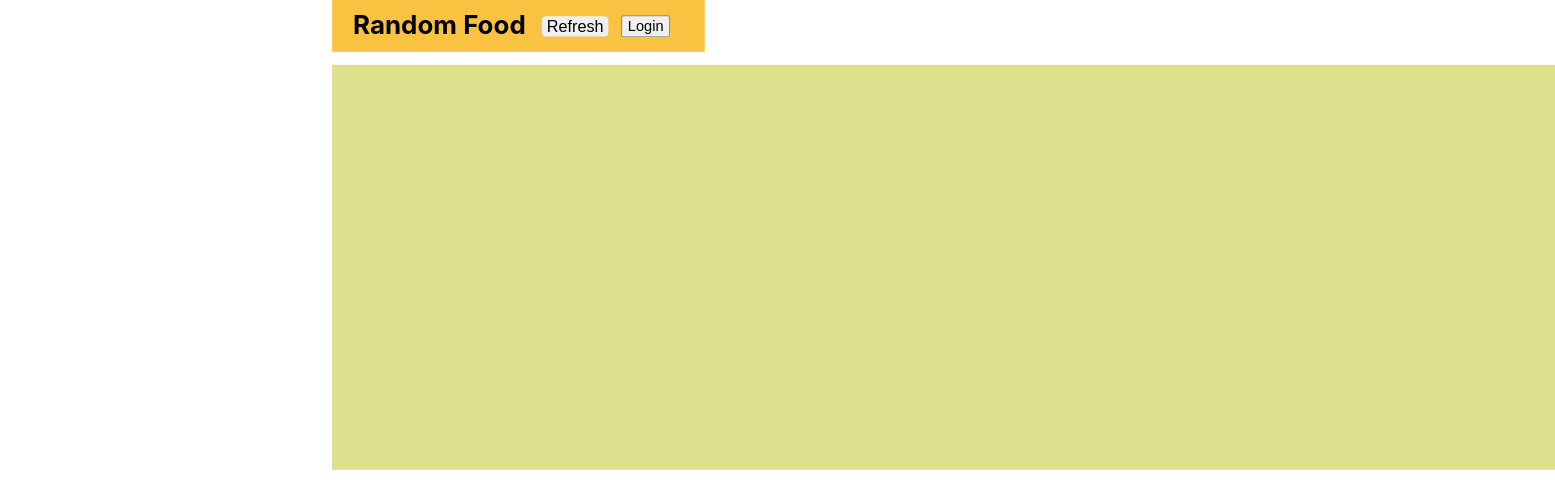
Repository: limjoohyun2030/random-food
Page: /random-food/home
These files come from the project's save history. The page is drawn as it stood at one moment and after the next save; the edit follows.
The browser window is 1280 px wide. The page is 2410 px wide, then 1610 px, so the pictures cover 1920 px, including what lies to the right of the window. The pictures show the whole page, at 81% of full size.
The page's requests for data from a server got no answer. The project was rebuilt for these pictures with package versions that can differ from the ones it lists, and the page was loaded fresh each time. A package was used in the major version that the imports need, not the one package.json lists. No one was signed in, and anything a server would have sent is missing. Also part of the build but not shown: src/components/food_detail/food_detail.module.css, src/components/food_detail/food_detail.jsx, src/components/food_item/food_item.module.css, src/components/food_item/food_item.jsx, src/components/login/login.module.css, src/components/login/login.jsx.

Above is the page before, as saved 2021-11-11 17:36:20.

### public/index.html
<!DOCTYPE html>
<html lang="en">
  <head>
    <meta charset="utf-8" />
    <link rel="icon" href="/images/foodIcon.ico" />
    <meta name="viewport" content="width=device-width, initial-scale=1" />
    <meta name="theme-color" content="#000000" />
    <meta
      name="description"
      content="Web site created using create-react-app"
    />

    <title>Random Food</title>
  </head>
  <body>
    <noscript>You need to enable JavaScript to run this app.</noscript>
    <div id="root"></div>
  </body>
</html>

### src/index.js
import React from "react";
import ReactDOM from "react-dom";
import "./index.css";
import App from "./app";
import AuthService from "./service/auth_service";

const authService = new AuthService();

ReactDOM.render(
  <React.StrictMode>
    <App authService={authService} />
  </React.StrictMode>,
  document.getElementById("root")
);

### src/index.css
body {
  margin: 0;
  padding: 0;
  font-family: -apple-system, BlinkMacSystemFont, "Segoe UI", "Roboto", "Oxygen",
    "Ubuntu", "Cantarell", "Fira Sans", "Droid Sans", "Helvetica Neue",
    sans-serif;
  -webkit-font-smoothing: antialiased;
  -moz-osx-font-smoothing: grayscale;
}

code {
  font-family: source-code-pro, Menlo, Monaco, Consolas, "Courier New",
    monospace;
}

* {
  box-sizing: border-box;
}

#root {
  display: flex;
  justify-content: center;
}

### src/app.jsx
import { useEffect, useState, useRef } from "react";
import { BrowserRouter, Route, Switch } from "react-router-dom";
import styles from "./app.module.css";
import FoodDetail from "./components/food_detail/food_detail";
import FoodList from "./components/food_list/food_list";
import Header from "./components/header/header";
import Login from "./components/login/login";


function App({ authService }) {
  const ref = useRef();
  const [foods, setFoods] = useState([]);
  const [isSelectedFood, setIsSelectedFood] = useState();
  const [isFoodOpen, setIsFoodOpen] = useState(false);
  const [isRefresh, setIsRefresh] = useState(false);

  const selectFood = (food) => {
    setIsSelectedFood(food);
  };

  const onRefreshClick = () => {
    setIsRefresh((oldstate) => !oldstate);
  };

  useEffect(() => {
    const myHeaders = new Headers();
    myHeaders.append("Content-Type", "application/json");

    const requestOptions = {
      method: "GET",
      headers: myHeaders,
      redirect: "follow",
    };

    fetch(
      "https://api.spoonacular.com/recipes/random?number=4&apiKey=92cedfb0b9e844679738e6c6c90cd453",
      requestOptions
    )
      .then((response) => response.json())
      .then((result) => setFoods(result.recipes))
      .catch((error) => console.log("error", error));
  }, [isRefresh]);

  useEffect(() => {
    const checkIfClickedOutside = (e) => {
      if (isFoodOpen && ref.current && !ref.current.contains(e.target)) {
        setIsFoodOpen(false);
      }
    };

    document.addEventListener("mousedown", checkIfClickedOutside);

    return () => {
      document.removeEventListener("mousedown", checkIfClickedOutside);
    };
  }, [isFoodOpen]);

  return (
    <div className={styles.app}>
      <BrowserRouter>
        <Switch>
          <Route
            exact
            path="/random-food/"
            render={() => <Login authService={authService} />}
          />

          <Route
            path="/random-food/home"
            render={() => (
              <div>
                <Header onRefreshClick={onRefreshClick} />
                <section>
                  <div className={styles.detail}>
                    {isFoodOpen && <FoodDetail food={isSelectedFood} />}
                  </div>

                  <div
                    className={styles.list}
                    onClick={() => setIsFoodOpen((oldstate) => !oldstate)}
                  >
                    <FoodList
                      foods={foods}
                      onFoodClick={selectFood}
                      ref={ref}
                    />
                  </div>
                </section>
              </div>
            )}
          />
          <Route path="*">
            <h2>Page Not Found</h2>
          </Route>
        </Switch>
      </BrowserRouter>
    </div>
  );
}

export default App;

### src/service/auth_service.js
import firebase from "firebase";
import firebaseApp from "./firebase";

class AuthService {
  login() {
    const authProvider = new firebase.auth.GoogleAuthProvider();
    return firebaseApp.auth().signInWithPopup(authProvider);
  }
}

export default AuthService;

### src/app.module.css
/* @value makerLightOrange from './common/colors.css'; */

.app {
  max-width: 100rem;
  /* background-image: url("https://image.freepik.com/free-photo/spaghetti-with-spicy-mixed-seafood-dark-background_1150-45297.jpg"); */
  background-repeat: no-repeat;
  background-size: 100vw 100vh;
}

.content {
  position: relative;
}

.detail {
  z-index: 2;
  /* margin: auto 0; */
  margin-top: 1em;
  height: 500px;
  width: 2000px;
  position: absolute;
  background-color: #dfe08e;
}

.list {
  /* visibility: hidden; */
  z-index: 1;
}

### src/components/food_list/food_list.jsx
import React from "react";
import FoodItem from "../food_item/food_item";
import styles from "./food_list.module.css";

const FoodList = React.forwardRef(({ foods, onFoodClick }, ref) => {
  return (
    <section className={styles.foodBox}>
      {/* <div className={styles.sidebarLeft}>AD</div> */}
      <ul className={styles.foods}>
        {foods &&
          foods.map((food) => (
            <FoodItem
              key={food.id}
              food={food}
              onFoodClick={onFoodClick}
              ref={ref}
            />
          ))}
      </ul>
      {/* <div className={styles.sidebarRight}>AD</div> */}
    </section>
  );
});

export default FoodList;

### src/components/header/header.jsx
import styles from "./header.module.css";
import React from "react";

const Header = ({ onRefreshClick }) => {
  return (
    <header className={styles.header}>
      <div className={styles.leftbox}>
        {/* <img
          className={styles.foodIcon}
          src="https://github.com/Sweetpotatopizza/random-food/blob/main/public/images/reloadIcon.png"
          alt="logo"
        /> */}
        <h1 className={styles.title}>Random Food</h1>
        <button className={styles.reloadBox} onClick={onRefreshClick}>
          Refresh
          {/* <img
            className={styles.reloadBtn}
            src="/images/reload.png"
            alt="reload"
          /> */}
        </button>
      </div>
      {/* fontawesome needed */}
      <div className={styles.rightbox}>
        {/* <button className={styles.like}>Like</button> */}
        <button className={styles.login}>Login</button>
      </div>
    </header>
  );
};

export default Header;

### src/service/firebase.js
// Import the functions you need from the SDKs you need
// import { initializeApp } from "firebase/app";
import firebase from "firebase";

// TODO: Add SDKs for Firebase products that you want to use
// https://firebase.google.com/docs/web/setup#available-libraries

// Your web app's Firebase configuration
// For Firebase JS SDK v7.20.0 and later, measurementId is optional
const firebaseConfig = {
  apiKey: process.env.REACT_APP_FIREBASE_API_KEY,
  authDomain: process.env.REACT_APP_FIREBASE_AUTH_DOMAIN,
  databaseURL: process.env.REACT_APP_FIREBASE_DB_URL,
  projectId: process.env.REACT_APP_FIREBASE_PROJECT_ID,
  appId: process.env.REACT_APP_FIREBASE_APP_ID,
};

// console.log(process.env.REACT_APP_FIREBASE_API_KEY);
// Initialize Firebase
const firebaseApp = firebase.initializeApp(firebaseConfig);
export default firebaseApp;

### src/components/food_list/food_list.module.css
.foodBox {
  display: flex;
}

.foods {
  display: flex;
  flex-wrap: wrap;
  list-style: none;
  justify-content: center;
  align-items: center;
  width: 90%;
  margin: 1em auto;
  padding: 0;
  position: relative;
}

.sidebarLeft {
  margin-top: 1em;
  margin-left: 0.5em;
  background-color: chartreuse;
  font-size: 3em;
  width: 10%;
  cursor: blocked;
  position: relative;
}

.sidebarLeft::after {
  position: absolute;
  z-index: 2;
}

.sidebarRight {
  margin-top: 1em;
  margin-right: 0.5em;
  background-color: chartreuse;
  font-size: 3em;
  width: 10%;
  cursor: blocked;
  position: relative;
}

.sidebarRight::after {
  position: absolute;
  z-index: 2;
}

@media screen and (max-width: 769px) {
  .foods {
    flex-direction: column;
    flex-wrap: nowrap;
    width: 100%;
  }
}

### src/components/header/header.module.css
/* @value makerOrange from '../../common/colors.css'; */

.header {
  display: flex;
  height: 4rem;
  padding: 0.8em 1em;
  background-color: #fac241;
  align-items: center;
  justify-content: space-between;
}

.leftbox {
  display: flex;
  align-items: center;
  margin-right: 1em;
}

.title {
  margin-top: 19px;
  margin-left: 10px;
}

.foodIcon {
  width: 50px;
  height: 50px;
}

.reloadBox {
  font-size: 20px;
  border-radius: 5px;
  border: none;
  margin-left: 1em;
  transition: transform 200ms ease-in-out;
}

.reloadBox:hover {
  cursor: pointer;
  transform: scale(1.07);
}

.reloadBtn {
  width: 40px;
  height: 40px;
}

.reloadBtn:hover {
  cursor: pointer;
  animation-name: spin;
  animation-duration: 2000ms;
  animation-iteration-count: infinite;
  animation-timing-function: linear;
}

@keyframes spin {
  from {
    transform: rotate(0deg);
  }
  to {
    transform: rotate(360deg);
  }
}

.like {
  margin-right: 1.5em;
  font-size: large;
  cursor: pointer;
  transition: transform 200ms ease-in-out;
}

.like:hover {
  transform: scale(1.07);
}

.login {
  margin-right: 1.5em;
  font-size: large;
  cursor: pointer;
}

After the next save:
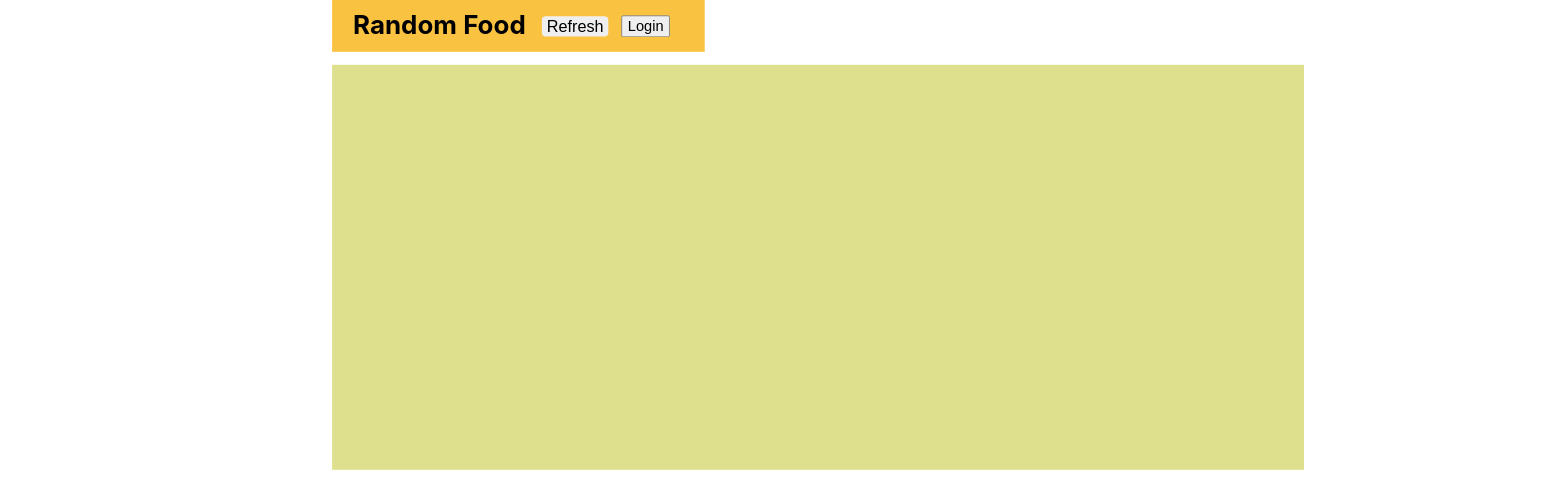
Saved 22 s later.
--- a/src/app.module.css
+++ b/src/app.module.css
@@ -16,7 +16,7 @@
   /* margin: auto 0; */
   margin-top: 1em;
   height: 500px;
-  width: 2000px;
+  width: 1200px;
   position: absolute;
   background-color: #dfe08e;
 }
